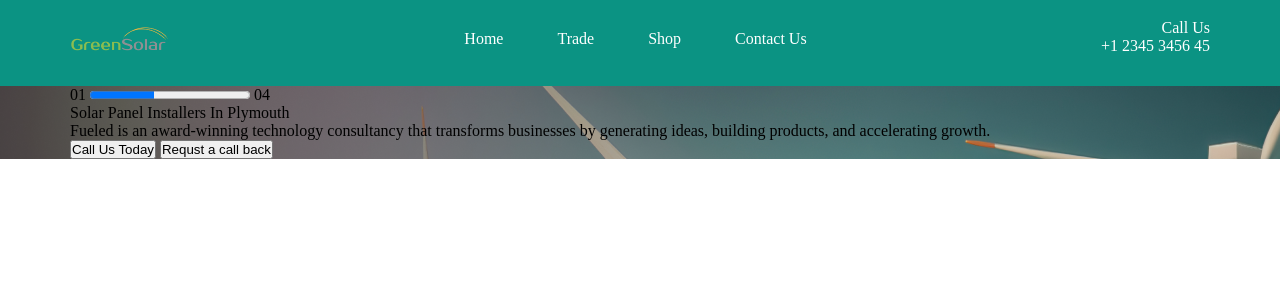
Repository: zeinawady/Solar-Company-Template
Page: index.html
An editor plug-in stored every save of this project. The page is shown before and after a run of saves, followed by the edit.
The browser window is 1280 px wide. The pictures show the whole page.

Above is the page before, as saved 2024-09-17 16:57:26.

After the next 4 saves:
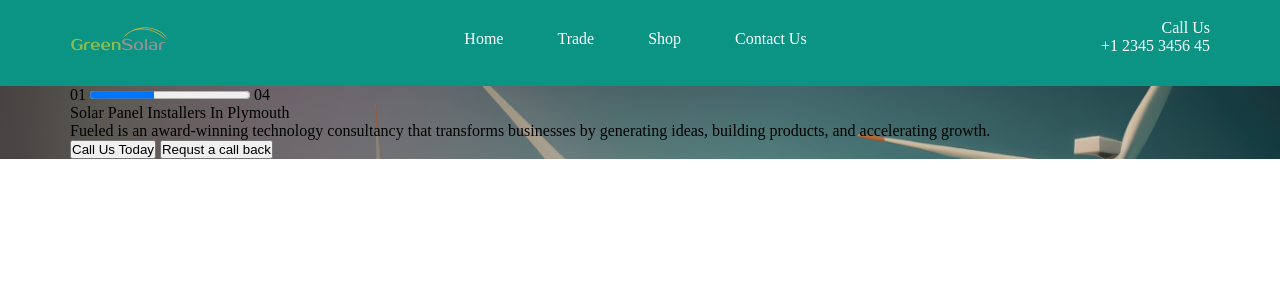
The 4 saves are shown as one change because they came seconds apart.
The last was saved 11 s later.
--- a/css/style.css
+++ b/css/style.css
@@ -110,6 +110,7 @@ align-items: flex-end;
 /* start landing */
 .landing{
     background-image: url(../images/solar-panels-meadow\ 1.png);
+    background-size: cover;
 
 }
 /* end landing */
